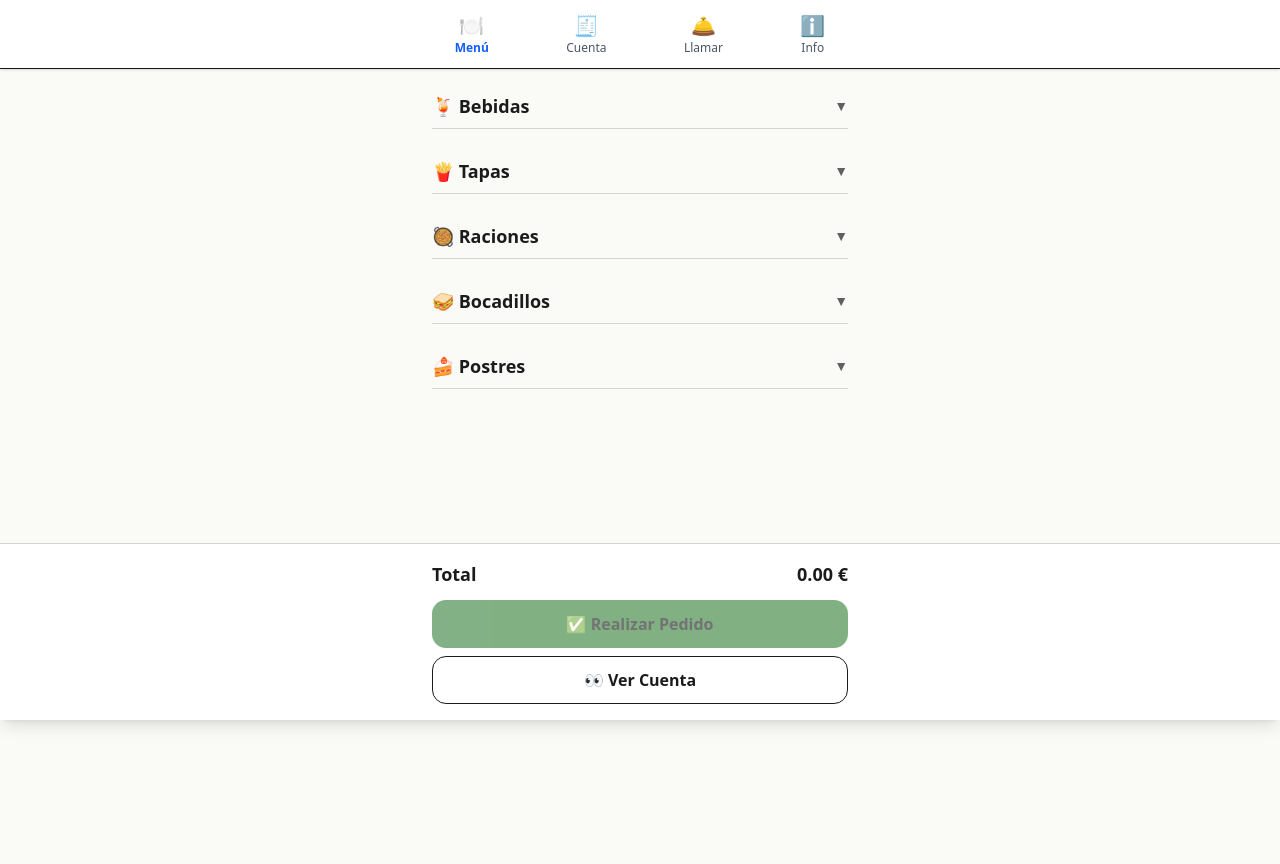
Repository: jrcardenas/sirvaapp
Page: /mesa/1/menu
These files come from the project's save history. The page is drawn as it stood at one moment and after the next save; the edit follows.
The browser window is 1280 px wide. The pictures show the whole page.
The project was rebuilt for these pictures with package versions that can differ from the ones it lists, and the page was loaded fresh each time. The framework's server and built-in components were replaced by stand-ins that run in the browser. Also part of the build but not shown: next.config.ts.

Above is the page before, as saved 2025-11-02 19:53:40.

After the next save:
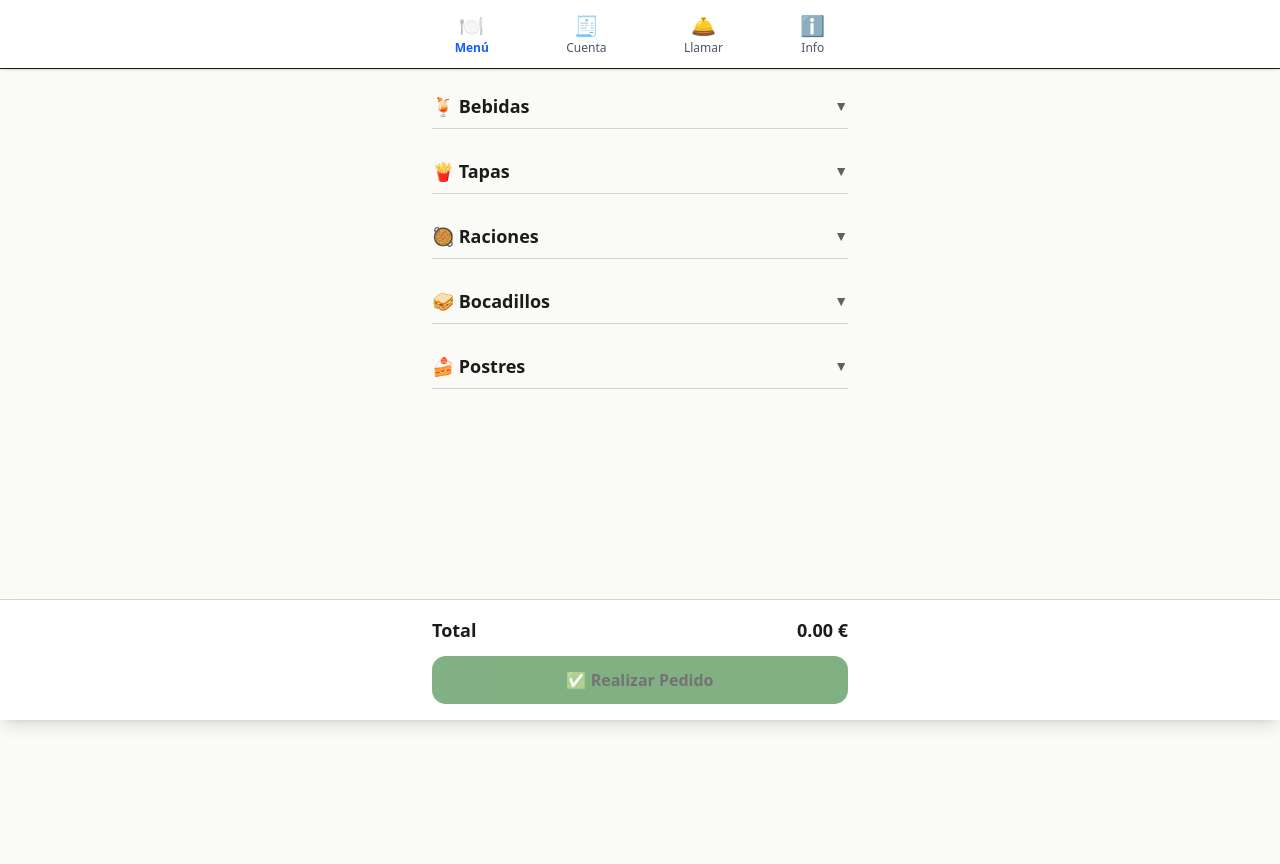
Saved 105 s later.
--- a/app/mesa/[id]/menu/page.tsx
+++ b/app/mesa/[id]/menu/page.tsx
@@ -3,14 +3,14 @@
 import { useState } from "react";
 import Button from "@/components/ui/Button";
 import { useCartStore } from "@/store/cartStore";
-import { useOrderStore } from "@/store/orderStore"; // ✅ Añadido
-import { useParams, useRouter } from "next/navigation"; // ✅ Añadido
+import { useOrderStore } from "@/store/orderStore";
+import { useParams, useRouter } from "next/navigation";
 
 export default function MenuPage() {
   const { addItem, changeQty, items, removeItem, clearCart } = useCartStore();
-  const { addToMesa } = useOrderStore(); // ✅ añadimos pedidos
-  const { id: mesaId } = useParams() as { id: string }; // ✅ Identificamos mesa
-  const router = useRouter(); // ✅ Para navegar a Cuenta
+  const { addToMesa } = useOrderStore();
+  const { id: mesaId } = useParams() as { id: string };
+  const router = useRouter();
 
   const [openCategories, setOpenCategories] = useState<string[]>([]);
 
@@ -64,10 +64,12 @@ export default function MenuPage() {
   const total = items.reduce((acc, p) => acc + p.price * p.qty, 0);
 
   const handleSendOrder = () => {
+    if (!mesaId) return;
     if (items.length === 0) return;
-    addToMesa(mesaId, items); // ✅ Guardamos en una "cuenta" por mesa
-    clearCart(); // ✅ Limpiar carrito
-    router.push(`/mesa/${mesaId}/cuenta`); // ✅ Ir a la cuenta
+
+    addToMesa(mesaId, items);
+    clearCart();
+    router.push(`/mesa/${mesaId}/cuenta`);
   };
 
   return (
@@ -120,10 +122,9 @@ export default function MenuPage() {
                               : changeQty(item.id, qty - 1)
                           }
                           className={`w-7 h-7 rounded-full border text-sm font-bold
-                            ${
-                              qty === 0
-                                ? "border-[var(--color-border)] text-[var(--color-text-disabled)]"
-                                : "border-[var(--color-minus-icon)] text-[var(--color-minus-icon)]"
+                            ${qty === 0
+                              ? "border-[var(--color-border)] text-[var(--color-text-disabled)]"
+                              : "border-[var(--color-minus-icon)] text-[var(--color-minus-icon)]"
                             }`}
                         >
                           -
@@ -161,6 +162,7 @@ export default function MenuPage() {
         </div>
       ))}
 
+      {/* ✅ Footer solo con botón de pedido */}
       <div className="fixed bottom-0 left-0 w-full bg-[var(--color-surface)] border-t border-[var(--color-border)] shadow-lg">
         <div className="max-w-md mx-auto p-4">
           <div className="flex justify-between mb-3 font-bold text-lg text-[var(--color-text-dark)]">
@@ -176,16 +178,6 @@ export default function MenuPage() {
           >
             ✅ Realizar Pedido
           </Button>
-
-          {/* ✅ Botón para ver la cuenta en cualquier momento */}
-          <Button
-            fullWidth
-            variant="outline"
-            className="mt-2"
-            onClick={() => router.push(`/mesa/${mesaId}/cuenta`)}
-          >
-            👀 Ver Cuenta
-          </Button>
         </div>
       </div>
     </main>
